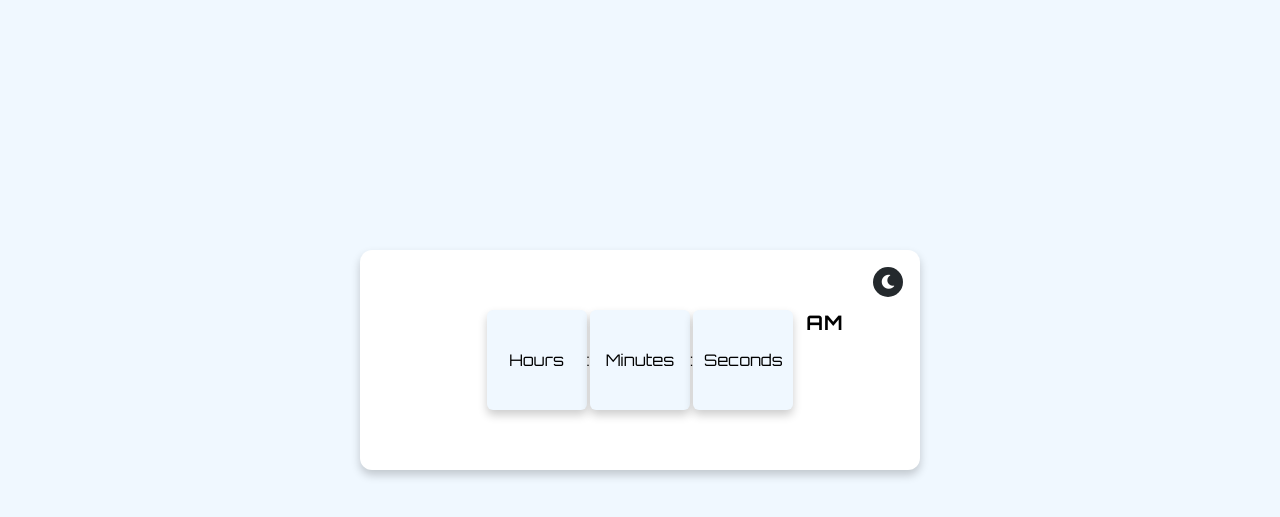
Repository: Seva2705/Clock
Page: index.html
These files come from the project's save history. The page is drawn as it stood at one moment and after a run of saves; the edit follows.
The browser window is 1280 px wide. The pictures show the whole page.

Above is the page before, as saved 2023-08-06 19:46:41.

### index.html
<!DOCTYPE html>
<html lang="en">
<head>
    <meta charset="UTF-8">
    <meta http-equiv="X-UA-Compatible" content="IE=edge">
    <meta name="viewport" content="width=device-width, initial-scale=1.0">
    <title>Clock</title>
    <link rel='stylesheet' href='https://cdnjs.cloudflare.com/ajax/libs/font-awesome/5.15.4/css/all.min.css'>
    <link rel="stylesheet" href="style.css">
</head>
<body>
    <section>

        <div class="container">
            <div class="icons">
                <i class="fas fa-moon"></i>
                <i class="fas fa-sun"></i>
            </div>
            <div class="time">
                <div class="time-colon">
                    <div class="time-text">
                        <span class="num hour_num"></span>
                        <span class="text">Hours</span>
                    </div>
                    <span class="colon">:</span>
                </div>
                <div class="time-colon">
                    <div class="time-text">
                        <span class="num min_num"></span>
                        <span class="text">Minutes</span>
                    </div>
                    <span class="colon">:</span>
                </div>
                <div class="time-colon">
                    <div class="time-text">
                        <span class="num sec_num"></span>
                        <span class="text">Seconds</span>
                    </div>
                    <span class="am_pm">AM</span>
                </div>
            </div>
        </div>
    </section>


    <script src="script.js"></script>

</body>
</html>

### style.css
@import url('https://fonts.googleapis.com/css2?family=Orbitron:wght@400;500;600;700&display=swap');


* {
    margin: 0;
    padding: 0;
    box-sizing: border-box;
    font-family: 'Orbitron', sans-serif;
    transition: all 0.4s ease;
}

section {
    min-height: 100vh;
    width: 100%;
    display: flex;
    align-items: center;
    justify-content: center;
    background: #F0F8FF;
    padding: 0 20px;
}

section.dark {
    background: #24292D;
}

.container {
    display: flex;
    align-items: center;
    justify-content: center;
    height: 220px;
    max-width: 560px;
    width: 100%;
    background: #fff;
    box-shadow: 0 5px 10px rgba(0, 0, 0, 0.2);
    border-radius: 12px;
    position: relative;
}

section.dark .container {
    background: #323840;
}

section .container .icons i {
    position: absolute;
    right: 17px;
    top: 17px;
    height: 30px;
    width: 30px;
    background: #24292D;
    color: #fff;
    text-align: center;
    line-height: 30px;
    border-radius: 50%;
    font-size: 14px;
    cursor: pointer;
}

section.dark .container .icons i {
    background: #fff;
    color: #323840;
}

.container .icons i.fa-sun {
    opacity: 0;
    pointer-events: none;
}

section.dark .container .icons i.fa-sun {
    opacity: 1;
    pointer-events: auto;
    font-style: 16px;
}

section .container .time {
    display: flex;
    align-items: center;
}

.time-colon {
    display: flex;
    align-items: center;
    position: relative;
}

.am_pm {
    position: absolute;
    top: 0;
    right: -50px;
    font-size: 20px;
    font-weight: 700;
    letter-spacing: 1px;
}

section.dark .time .time-colon .am_pm {
    color: #fff;
}

.time .time-colon .time-text {
    height: 100px;
    width: 100px;
    display: flex;
    align-items: center;
    flex-direction: column;
    justify-content: center;
    background: #F0F8FF;
    border-radius: 6px;
    box-shadow: 0 5px 10px rgba(0, 0, 0, 0.2);
}


section .dark .time .time-colon .time-text {
    background: #24292D;
}

.time .time-colon .time-text, .time .time-colon .colon

Loaded but not shown: script.js (no copy from this time; the picture is the same without it)

After the next 4 saves:
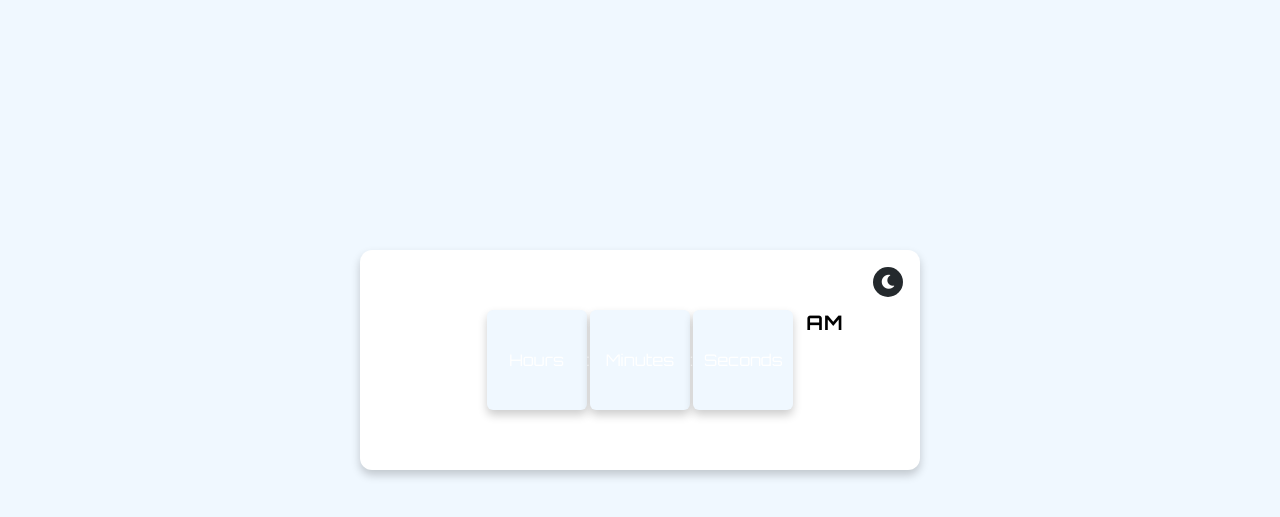
The 4 saves are shown as one change because they came seconds apart.
The last was saved 12 s later.
--- a/style.css
+++ b/style.css
@@ -112,4 +112,7 @@ section .dark .time .time-colon .time-text {
     background: #24292D;
 }
 
-.time .time-colon .time-text, .time .time-colon .colon
+.time .time-colon .time-text,
+.time .time-colon .colon {
+    color: #fff;
+}
